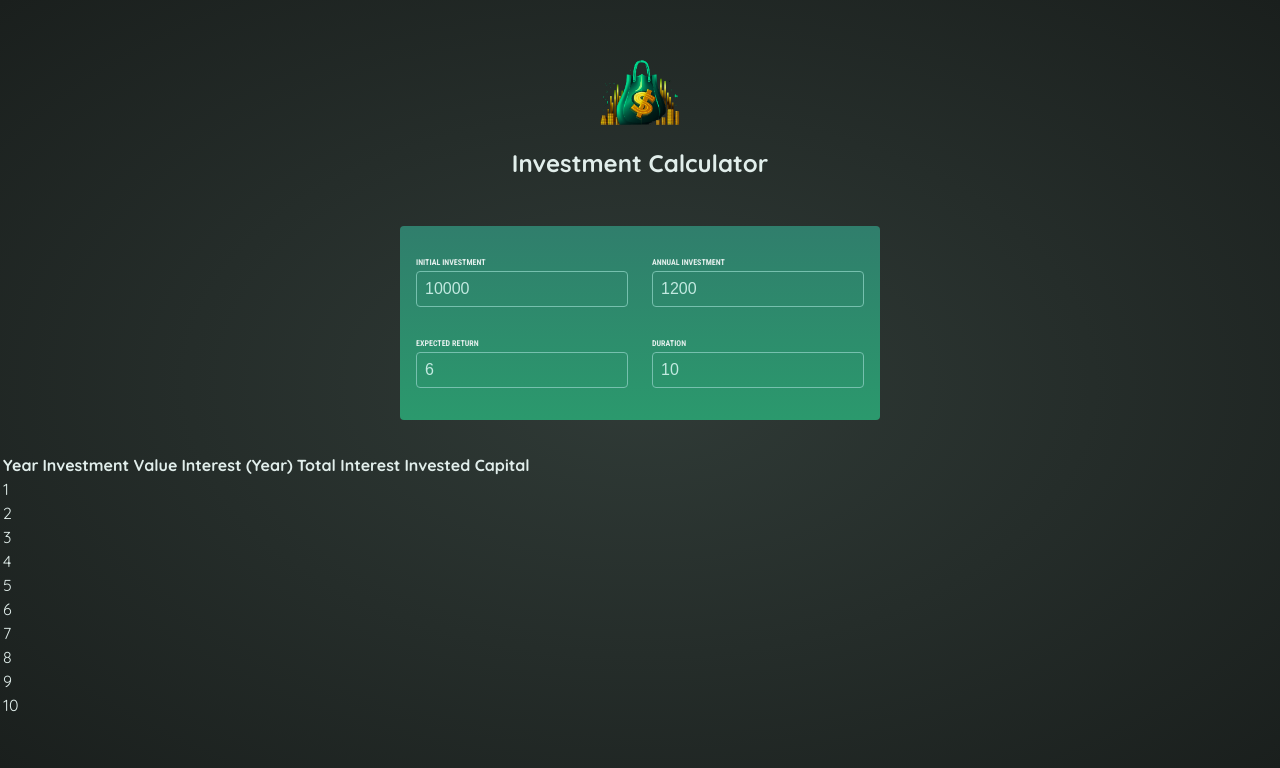
Repository: ooluchi/prac-investment-calculator
Page: /
An editor plug-in stored every save of this project. The page is shown before and after a run of saves, followed by the edit.
The browser window is 1280 px wide. The pictures show the whole page.
The project was rebuilt for these pictures with package versions that can differ from the ones it lists, and the page was loaded fresh each time. Also part of the build but not shown: vite.config.js.

Above is the page before, as saved 2024-11-13 15:06:11.

### src/App.jsx
import { useState } from "react";
import Header from "./components/Header";
import UserInput from "./components/UserInput";
import Results from "./components/Results";

function App() {

  const [userInput, setUserInput] = useState({
    initialInvestment: 10000,
    annualInvestment: 1200,
    expectedReturn: 6,
    duration: 10,
});

function handleChange(inputIdentifier, newValue) {
  setUserInput((previousInput) => ({
      ...previousInput,
      [inputIdentifier]: +newValue,
  }));
}

  return (
    <>
   <Header />
  <UserInput userInput={userInput}  onChange={handleChange} />
  <Results input={userInput} />
   </>
  )
}


export default App

### src/components/Header.jsx
import logo from "../assets/investment-calculator-logo.png"

export default function Header() {
    return (
        <header id="header">
        <img src={logo} alt="money-bag-image" />
        <h1> Investment Calculator</h1>
        </header>
    )
}

### src/components/UserInput.jsx

export default function UserInput ({ onChange, userInput } ) {
    return (
        <section id="user-input">
            <div className="input-group">
                <p>
                    <label>Initial Investment</label>
                    <input
                        type="number"
                        required
                        value={userInput.initialInvestment}
                        onChange={(event) =>
                            onChange("initialInvestment", event.target.value)
                        }
                    />
                </p>
                <p>
                    <label>Annual Investment</label>
                    <input
                        type="number"
                        required
                        value={userInput.annualInvestment}
                        onChange={(event) =>
                            onChange("annualInvestment", event.target.value)
                        }
                    />
                </p>
            </div>
            <div className="input-group">
                <p>
                    <label>Expected Return</label>
                    <input
                        type="number"
                        required
                        value={userInput.expectedReturn}
                        onChange={(event) =>
                            onChange("expectedReturn", event.target.value)
                        }
                    />
                </p>
                <p>
                    <label>Duration</label>
                    <input
                        type="number"
                        required
                        value={userInput.duration}
                        onChange={(event) => onChange("duration", event.target.value)}
                    />
                </p>
            </div>
        </section>
    );
}

### src/components/Results.jsx
import { calculateInvestmentResults, formatter } from '../util/investment'

export default function Results ({ input }) {
    const resultsData = calculateInvestmentResults(input);

    return(
        <table id="results">
            <thead>
                <tr>
                    <th>Year</th>
                    <th>Investment Value</th>
                    <th>Interest (Year)</th>
                    <th>Total Interest</th>
                    <th>Invested Capital</th>
                </tr>
            </thead>
            <tbody>
                {resultsData.map(yearData => {
                    return (
                        <tr key={yearData.year}>
                            <td>{yearData.year}</td>
                            <td>{}</td>
                            <td></td>
                            <td></td>
                            <td></td>
                        </tr>
                    )
                }

                )}
            </tbody>
        </table>
    )
}

### src/util/investment.js
// This function expects a JS object as an argument
// The object should contain the following properties
// - initialInvestment: The initial investment amount
// - annualInvestment: The amount invested every year
// - expectedReturn: The expected (annual) rate of return
// - duration: The investment duration (time frame)
export function calculateInvestmentResults({
  initialInvestment,
  annualInvestment,
  expectedReturn,
  duration,
}) {
  const annualData = [];
  let investmentValue = initialInvestment;

  for (let i = 0; i < duration; i++) {
    const interestEarnedInYear = investmentValue * (expectedReturn / 100);
    investmentValue += interestEarnedInYear + annualInvestment;
    annualData.push({
      year: i + 1, // year identifier
      interest: interestEarnedInYear, // the amount of interest earned in this year
      valueEndOfYear: investmentValue, // investment value at end of year
      annualInvestment: annualInvestment, // investment added in this year
    });
  }

  return annualData;
}

// The browser-provided Intl API is used to prepare a formatter object
// This object offers a "format()" method that can be used to format numbers as currency
// Example Usage: formatter.format(1000) => yields "$1,000"
export const formatter = new Intl.NumberFormat('en-US', {
  style: 'currency',
  currency: 'USD',
  minimumFractionDigits: 0,
  maximumFractionDigits: 0,
});

Loaded but not shown: index.html (common file); src/index.jsx (common file); src/index.css (common file)

After the next 2 saves:
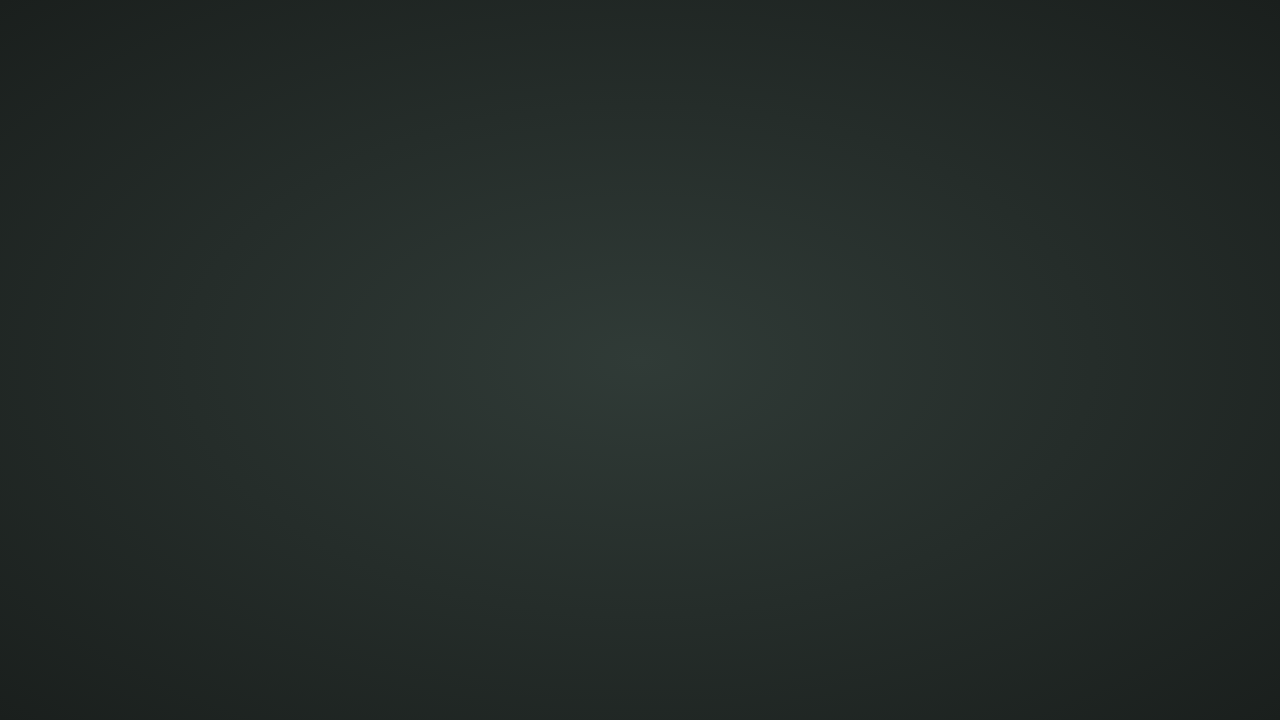
Console error (its wording comes from the project's code and is left out).
The 2 saves are shown as one change because they came seconds apart.
The last was saved 7 s later.
--- a/src/components/Results.jsx
+++ b/src/components/Results.jsx
@@ -19,7 +19,7 @@
                     return (
                         <tr key={yearData.year}>
                             <td>{yearData.year}</td>
-                            <td>{}</td>
+                            <td>{formatter}</td>
                             <td></td>
                             <td></td>
                             <td></td>

After the 3 saves that followed:
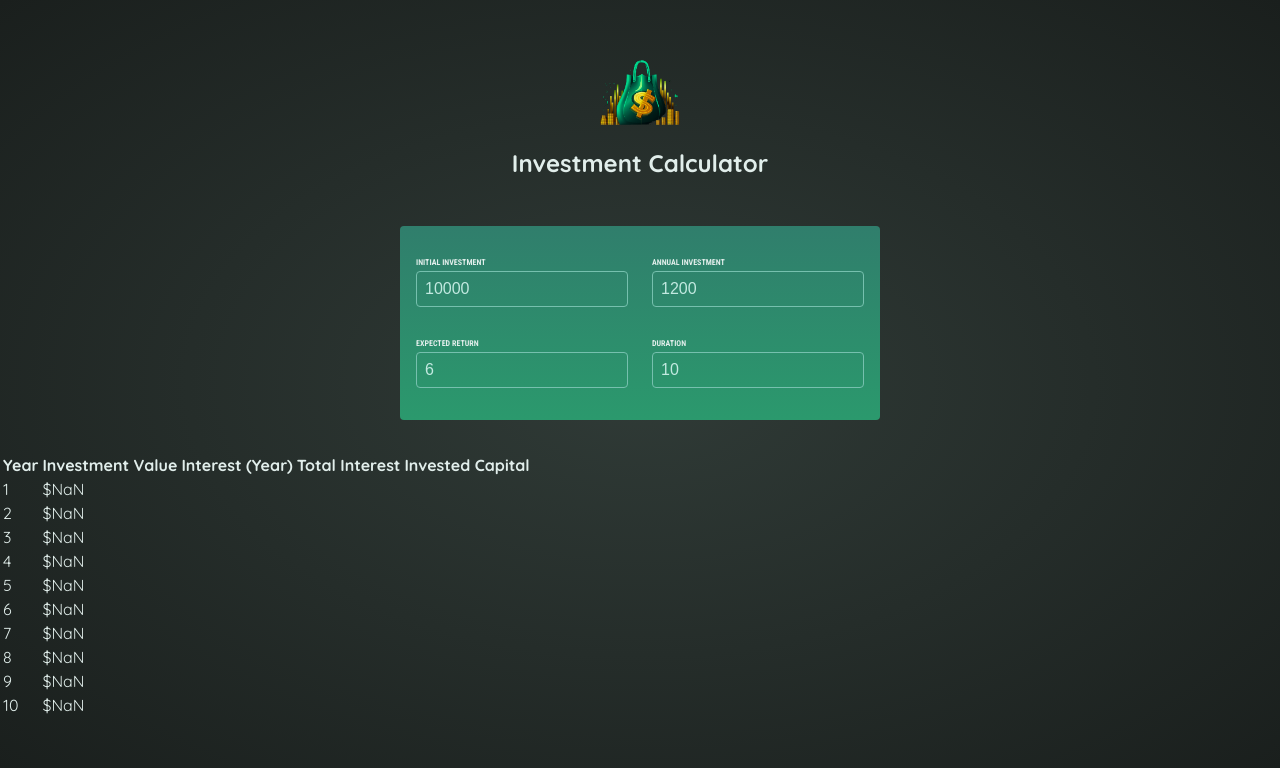
The error is gone.
The 3 saves are shown as one change because they came seconds apart.
The last was saved 11 s later.
--- a/src/components/Results.jsx
+++ b/src/components/Results.jsx
@@ -19,7 +19,7 @@
                     return (
                         <tr key={yearData.year}>
                             <td>{yearData.year}</td>
-                            <td>{formatter}</td>
+                            <td>{formatter.format()}</td>
                             <td></td>
                             <td></td>
                             <td></td>
